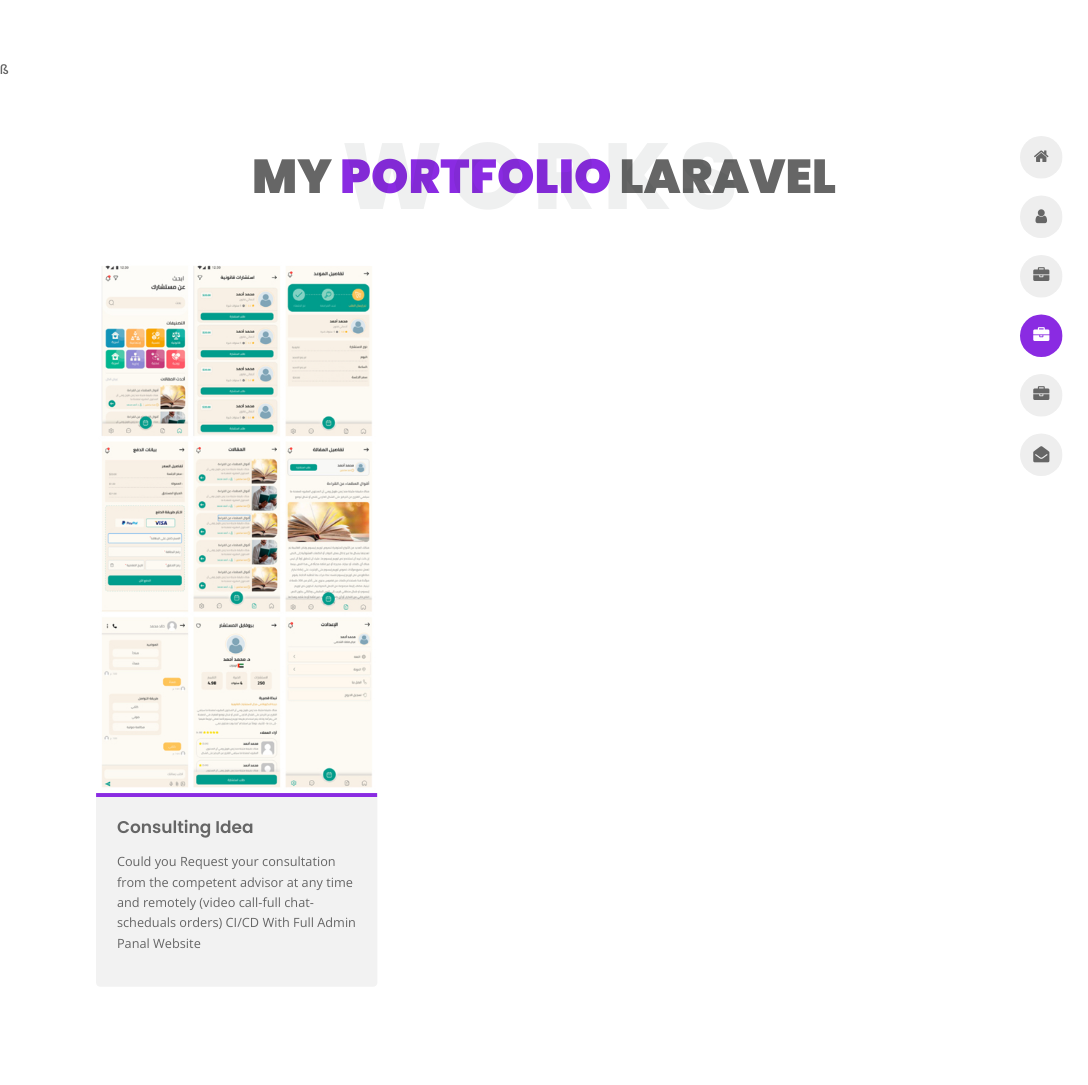
Repository: mhamdimno/mywebsite
Page: portfolioLaravel.html
These files come from the project's save history. The page is drawn as it stood at one moment and after the next save; the edit follows.
The browser window is 1280 px wide. The pictures show the whole page, at 85% of full size.

Above is the page before, as saved 2023-06-03 17:04:07.

After the next save:
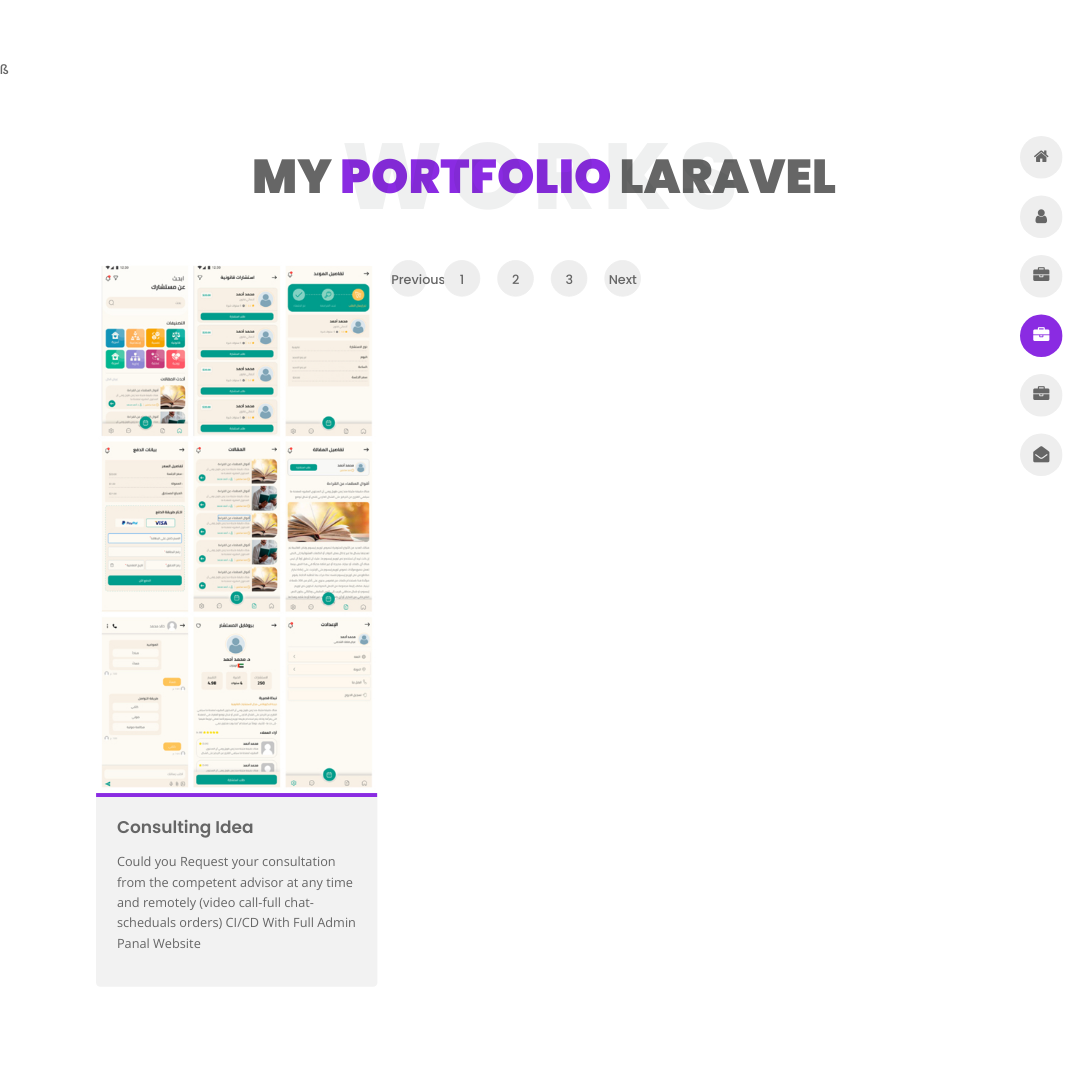
Saved 60 s later.
--- a/portfolioLaravel.html
+++ b/portfolioLaravel.html
@@ -137,7 +137,15 @@
         </div>
     </article>
 </div>
-
+<nav aria-label="Page navigation example">
+    <ul class="pagination">
+      <li class="page-item"><a class="page-link" href="#">Previous</a></li>
+      <li class="page-item"><a class="page-link" href="#">1</a></li>
+      <li class="page-item"><a class="page-link" href="#">2</a></li>
+      <li class="page-item"><a class="page-link" href="#">3</a></li>
+      <li class="page-item"><a class="page-link" href="#">Next</a></li>
+    </ul>
+  </nav>
 
 
     </div>
